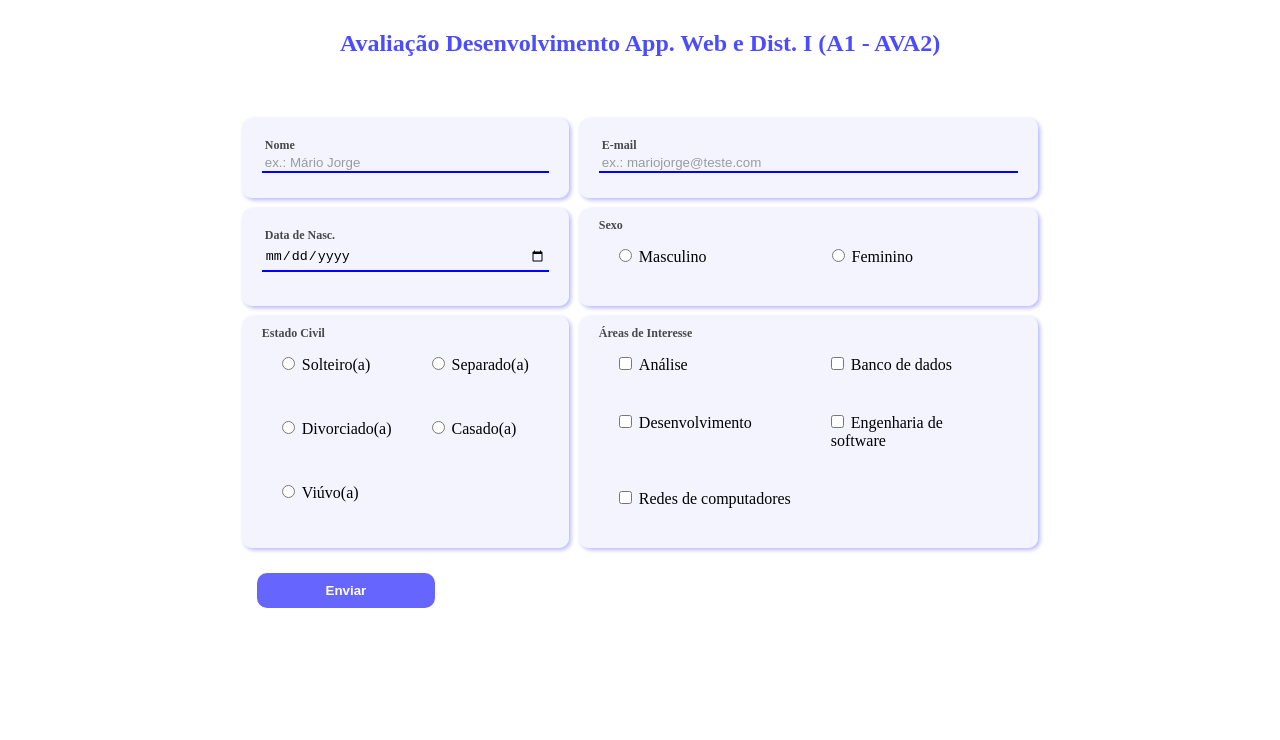
Repository: mjRibeiroTriscal/UVA_Projects
Page: Proj_A1_AVA2_2020_1/index.html
The author's editor kept a copy of each file at every save. The page is drawn from the files as they stood at one save, then again after the next save.
The browser window is 1280 px wide. The pictures show the whole page.

Above is the page before, as saved 2020-03-13 14:59:11.

After the next save:
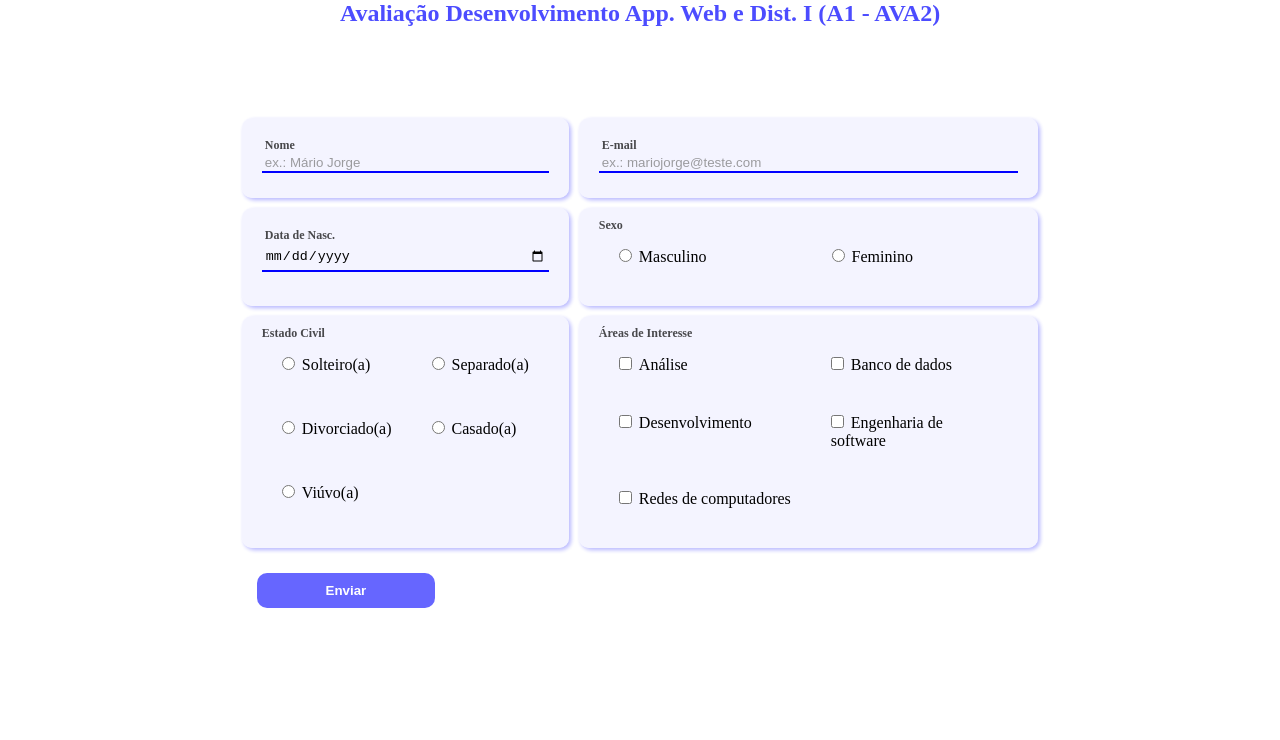
Saved 66 s later.
--- a/Proj_A1_AVA2_2020_1/index.html
+++ b/Proj_A1_AVA2_2020_1/index.html
@@ -17,7 +17,7 @@
 <body>
     <div id="container">
 
-        <header style="position:absolute;top:30px">
+        <header style="position:fixed;top:0px;backgound-color:red;">
 
             <h2>Avaliação Desenvolvimento App. Web e Dist. I (A1 - AVA2)</h2>
 
